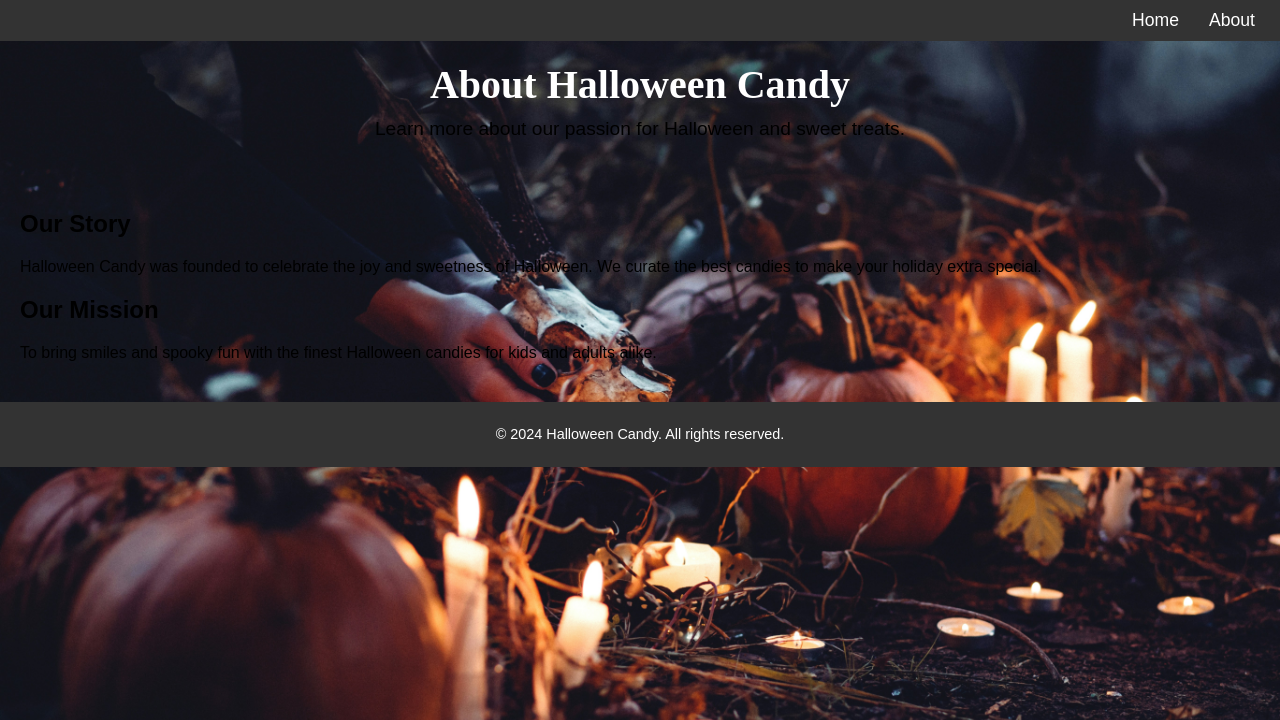
Repository: monicaifijeh/test2
Page: kyportfolio/src/aboutHallo.html
The author's editor kept a copy of each file at every save. The page is drawn from the files as they stood at one save, then again after a run of saves.
The browser window is 1280 px wide. The pictures show the whole page.

Above is the page before, as saved 2024-12-20 02:00:51.

### kyportfolio/src/aboutHallo.html
<!DOCTYPE html>
<html lang="en">
  <head>
    <meta charset="UTF-8" />
    <meta name="viewport" content="width=device-width, initial-scale=1.0" />
    <title>About - Halloween Candy</title>
    <link rel="stylesheet" href="kystyle.css" />
  </head>
  <body>
    <nav>
      <ul>
        <li><a href="indexHallo.html">Home</a></li>
        <li><a href="aboutHallo.html">About</a></li>
      </ul>
    </nav>
    <header>
      <h1>About Halloween Candy</h1>
      <p>Learn more about our passion for Halloween and sweet treats.</p>
    </header>
    <main>
      <section>
        <h2>Our Story</h2>
        <p>
          Halloween Candy was founded to celebrate the joy and sweetness of
          Halloween. We curate the best candies to make your holiday extra
          special.
        </p>
      </section>
      <section>
        <h2>Our Mission</h2>
        <p>
          To bring smiles and spooky fun with the finest Halloween candies for
          kids and adults alike.
        </p>
      </section>
    </main>
    <footer>
      <p>&copy; 2024 Halloween Candy. All rights reserved.</p>
    </footer>
  </body>
</html>

### kyportfolio/src/kystyle.css
body {
    font-family: Arial, sans-serif;
    margin: 0;
    padding: 0;
background-image: url("/kyportfolio/images/freestocks-twVS-YjQn9Y-unsplash.jpg");
background-repeat: no-repeat;
background-size: cover;
}

header {
    text-align: center;
    padding: 20px;

}

header h1 {
    margin: 0;
    font-size: 2.5rem;
   color: #fff;
   font-family: fantasy;
}

header p {
    margin: 10px 0;
    font-size: 1.2rem;
}

nav ul {
    display: flex;
    justify-content: right;
    list-style: none;
    padding: 10px;
    background-color: #333;
    margin: 0;
}

nav ul li {
    margin: 0 15px;
}

nav ul li a {
    text-decoration: none;
    color: #fff;
    font-size: 1.1rem;
}

nav ul li a:hover {
    text-decoration: underline;
}

main {
    padding: 20px;
}

section {
    margin-bottom: 20px;
}

footer {
    position:relative;
    text-align: center;
    padding: 10px;
    background-color: #333;
    color: #fff;
    font-size: 0.9rem;

}

After the next 5 saves:
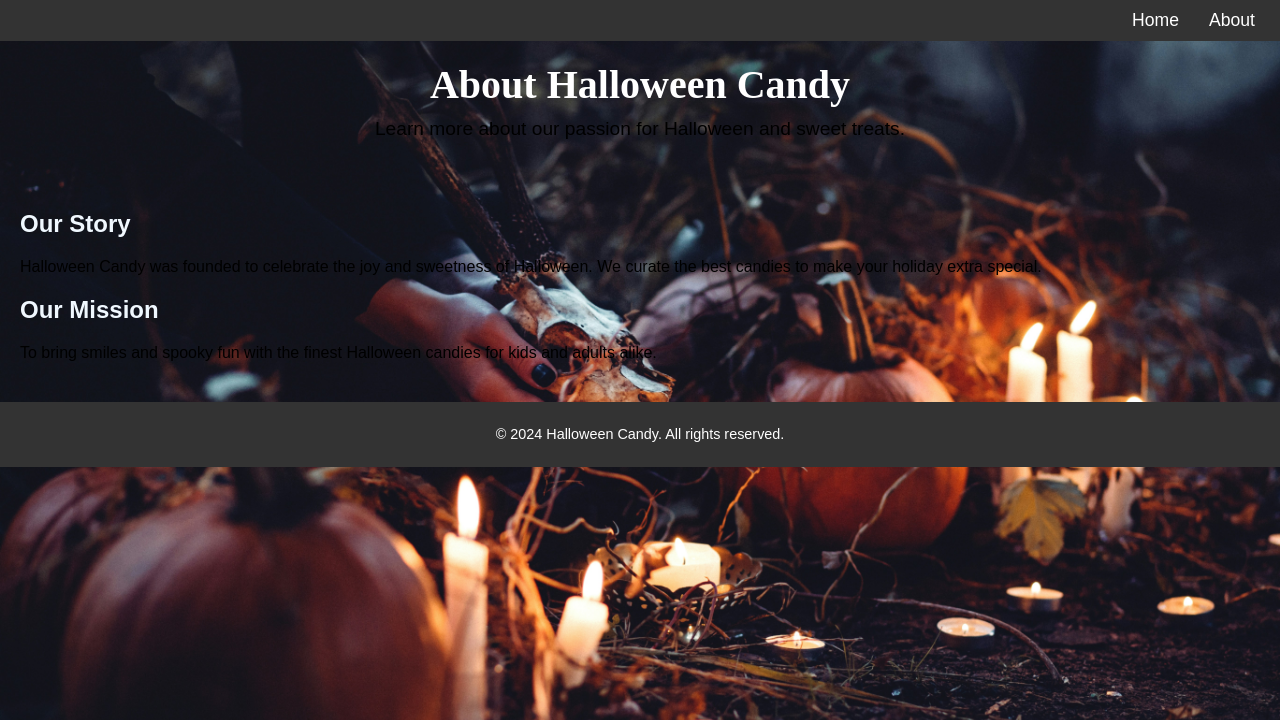
The 5 saves are shown as one change because they came seconds apart.
The last was saved 15 h 27 min later.
--- a/kyportfolio/src/kystyle.css
+++ b/kyportfolio/src/kystyle.css
@@ -18,6 +18,9 @@ header h1 {
     font-size: 2.5rem;
    color: #fff;
    font-family: fantasy;
+}
+h2{
+    color: aliceblue;
 }
 
 header p {
